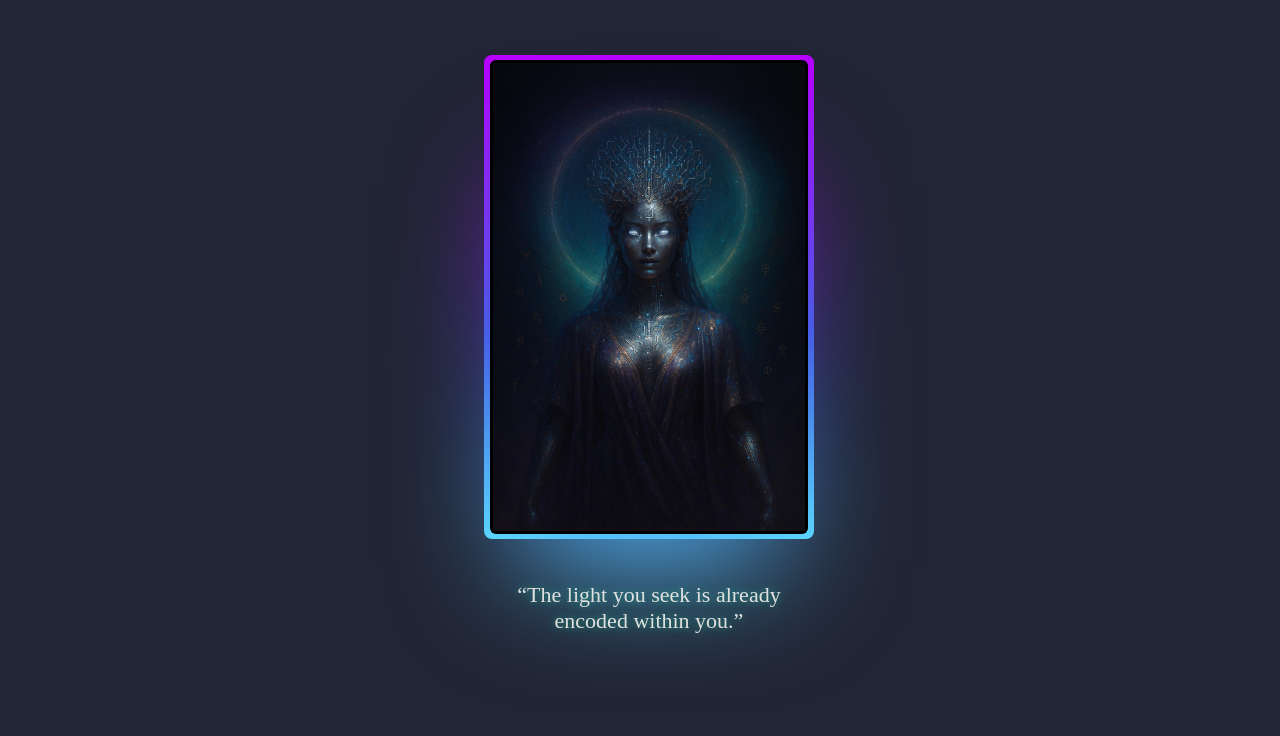
Repository: mertfurkandgn/artpainting
Page: card-1/index.html
These files come from the project's save history. The page is drawn as it stood at one moment and after the next save; the edit follows.
The browser window is 1280 px wide. The pictures show the whole page.

Above is the page before, as saved 2025-07-30 22:46:26.

### card-1/index.html
<!DOCTYPE html>
<html lang="en">
  <head>
    <meta charset="UTF-8" />
    <meta name="viewport" content="width=device-width, initial-scale=1.0" />
    <title>Card 1</title>
    <link rel="stylesheet" href="css/style.css" />
  </head>
  <body>
    <main>
      <section class="card-section">
        <div class="grid-container">
          <div class="row">
          <div class="card">
  <img style="max-width: 100%; max-height: 100%; object-fit: cover;" src="./images/myart.jpg" alt="image">

</div> <br>
<div class="quote">“The light you seek is already encoded within you.”</div>
          </div>
        </div>
      </section>
    </main>
  </body>
</html>

### card-1/css/style.css
.grid-container {
     max-width: 300px;
    max-height: 300px;
  display: grid;
  gap: 20px;
  grid-template-columns: repeat(2, 1fr);
  padding: 20px;
}




@property --rotate {
  syntax: "<angle>";
  initial-value: 132deg;
  inherits: false;
}

:root {
  --card-height: 65vh;
  --card-width: calc(var(--card-height) / 1.5);
}


body {
  min-height: 100vh;
  background: #212534;
  display: flex;
  align-items: center;
  flex-direction: column;
  padding-top: 2rem;
  padding-bottom: 2rem;
  box-sizing: border-box;
}
.quote{
        font-family: 'Cinzel Decorative', serif;
    text-align: center;
    margin: 0;
    padding: 0;
    box-sizing: border-box;
    margin-top: 30px;
    font-size: 22px;
    color: #e0e0e0;
    text-shadow: 0 0 8px #20c997aa;
}

.card {
  background: black;
  width: var(--card-width);
  height: var(--card-height);
  padding: 3px;
  position: relative;
  border-radius: 6px;
  justify-content: center;
  align-items: center;
  text-align: center;
  display: flex;
  font-size: 1.5em;
  color: rgb(88 199 250 / 0%);
  cursor: pointer;
  font-family: cursive;
}

.card:hover {
  color: rgb(88 199 250 / 100%);
  transition: color 1s;
}
.card:hover:before, .card:hover:after {
  animation: none;
  opacity: 0;
}


.card::before {
  content: "";
  width: 104%;
  height: 102%;
  border-radius: 8px;
  background-image: linear-gradient(
    var(--rotate)
    , #5ddcff, #3c67e3 43%, #b700ff);
    position: absolute;
    z-index: -1;
    top: -1%;
    left: -2%;
    animation: spin 2.5s linear infinite;
}

.card::after {
  position: absolute;
  content: "";
  top: calc(var(--card-height) / 6);
  left: 0;
  right: 0;
  z-index: -1;
  height: 100%;
  width: 100%;
  margin: 0 auto;
  transform: scale(0.8);
  filter: blur(calc(var(--card-height) / 6));
  background-image: linear-gradient(
    var(--rotate)
    , #5ddcff, #3c67e3 43%, #b700ff);
    opacity: 1;
  transition: opacity .5s;
  animation: spin 2.5s linear infinite;
}

@keyframes spin {
  0% {
    --rotate: 0deg;
  }
  100% {
    --rotate: 360deg;
  }
}

a {
  color: #212534;
  text-decoration: none;
  font-family: sans-serif;
  font-weight: bold;
  margin-top: 2rem;
}

After the next save:
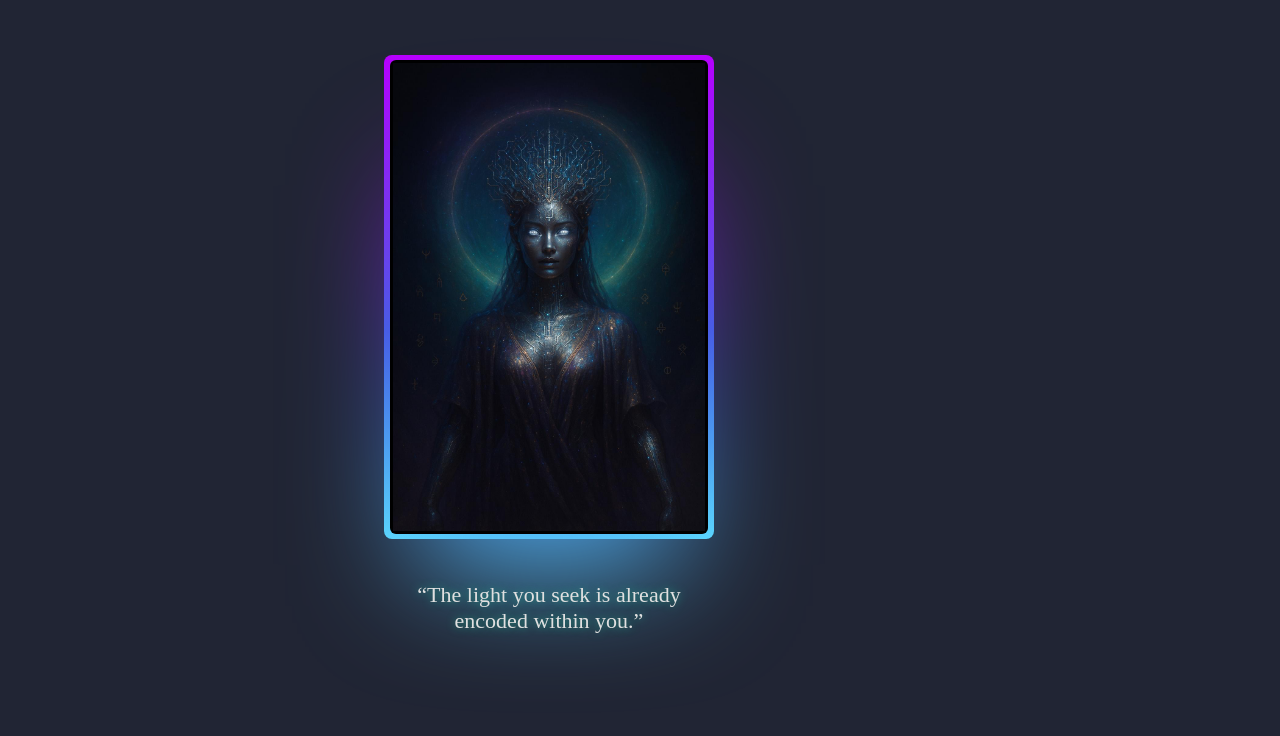
Saved 52 s later.
--- a/card-1/css/style.css
+++ b/card-1/css/style.css
@@ -1,6 +1,6 @@
 .grid-container {
-     max-width: 300px;
-    max-height: 300px;
+     max-width: 500px;
+    max-height: 500px;
   display: grid;
   gap: 20px;
   grid-template-columns: repeat(2, 1fr);
